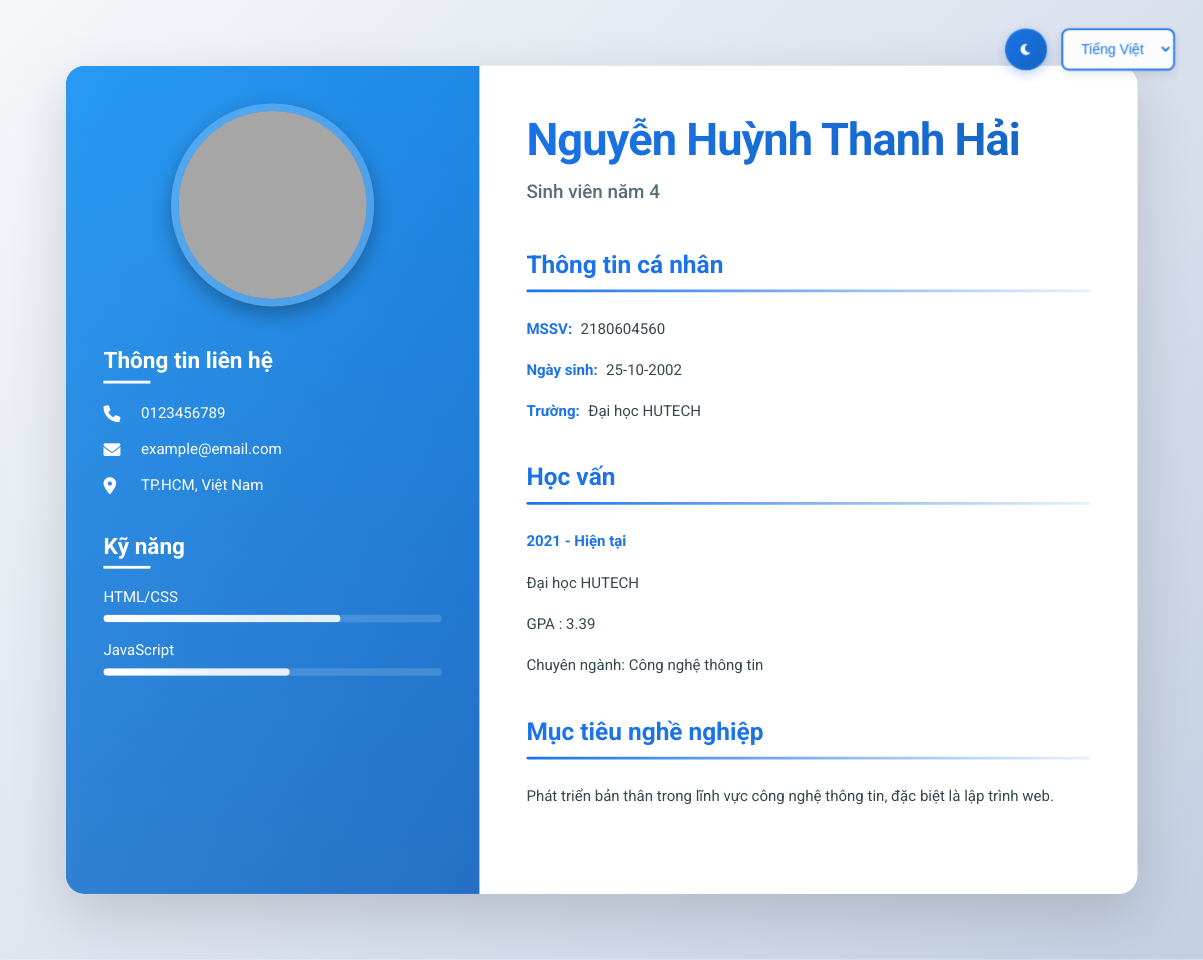
Repository: Haimichi/haimichi.github.io
Page: index.html
These files come from the project's save history. The page is drawn as it stood at one moment and after the next save; the edit follows.
The browser window is 1280 px wide. The pictures show the whole page, at 94% of full size.
Pictures or frames that could not be fetched are drawn as grey boxes.

Above is the page before, as saved 2025-03-04 10:53:19.

After the next save:
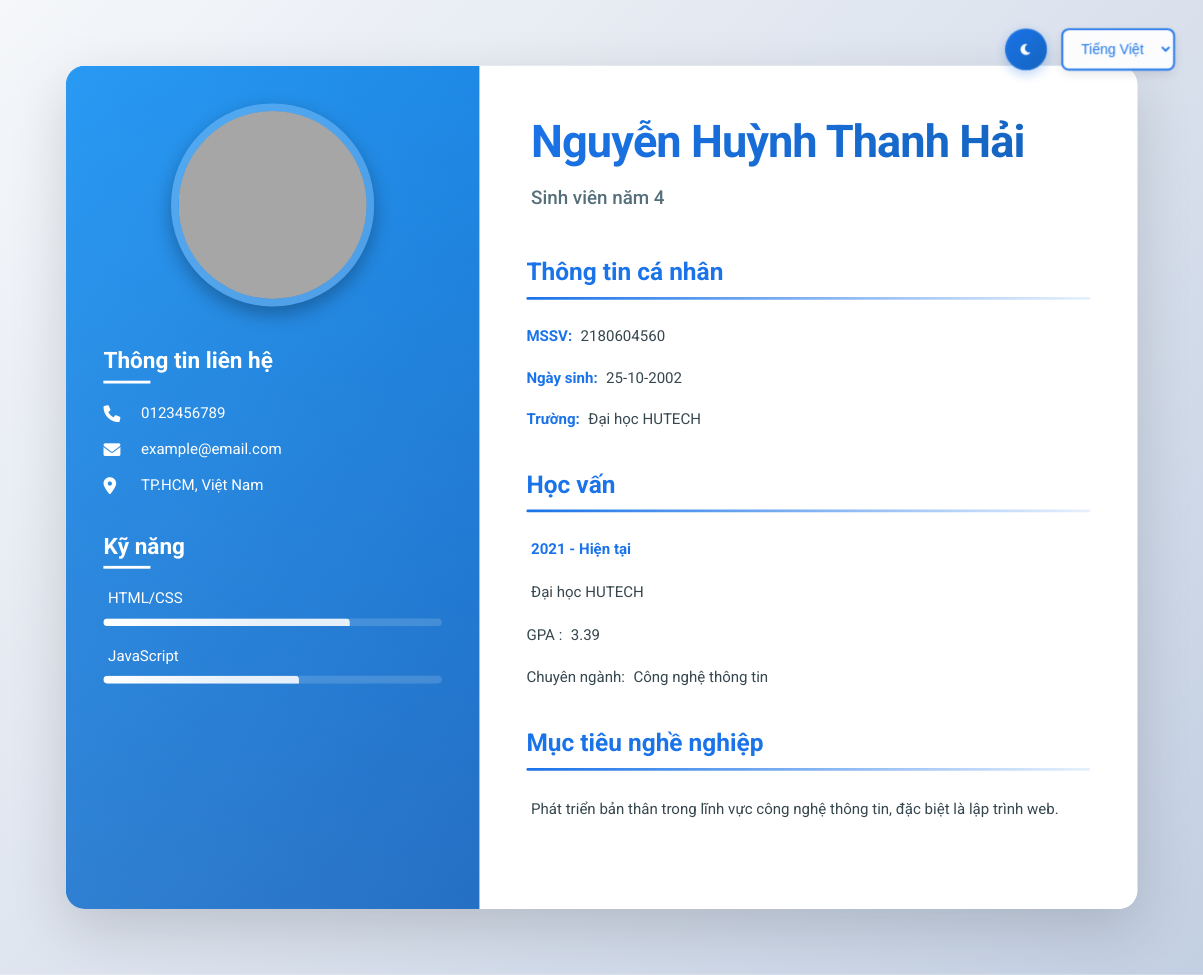
Saved 2 s later.
--- a/index.html
+++ b/index.html
@@ -66,23 +66,23 @@
                 <div class="skills">
                     <h2>Kỹ năng</h2>
                     <div class="skill-item">
-                        <span>HTML/CSS</span>
+                        <span class="editable" data-key="skill1Name">HTML/CSS</span>
                         <div class="skill-level">
-                            <div class="skill-bar" style="width: 70%"></div>
+                            <div class="skill-bar editable" data-key="skill1Level" style="width: 70%"></div>
                         </div>
                     </div>
                     <div class="skill-item">
-                        <span>JavaScript</span>
+                        <span class="editable" data-key="skill2Name">JavaScript</span>
                         <div class="skill-level">
-                            <div class="skill-bar" style="width: 55%"></div>
+                            <div class="skill-bar editable" data-key="skill2Level" style="width: 55%"></div>
                         </div>
                     </div>
                 </div>
             </div>
             <div class="right-column">
                 <div class="header">
-                    <h1>Nguyễn Huỳnh Thanh Hải</h1>
-                    <h2>Sinh viên năm 4</h2>
+                    <h1 class="editable" data-key="fullName">Nguyễn Huỳnh Thanh Hải</h1>
+                    <h2 class="editable" data-key="title">Sinh viên năm 4</h2>
                 </div>
                 <div class="section">
                     <h2>Thông tin cá nhân</h2>
@@ -92,14 +92,14 @@
                 </div>
                 <div class="section">
                     <h2>Học vấn</h2>
-                    <p><strong>2021 - Hiện tại</strong></p>
-                    <p>Đại học HUTECH</p>
-                    <p>GPA : 3.39</p>
-                    <p>Chuyên ngành: Công nghệ thông tin</p>
+                    <p><strong class="editable" data-key="educationPeriod">2021 - Hiện tại</strong></p>
+                    <p class="editable" data-key="university">Đại học HUTECH</p>
+                    <p>GPA : <span class="editable" data-key="gpa">3.39</span></p>
+                    <p>Chuyên ngành: <span class="editable" data-key="major">Công nghệ thông tin</span></p>
                 </div>
                 <div class="section">
                     <h2>Mục tiêu nghề nghiệp</h2>
-                    <p>Phát triển bản thân trong lĩnh vực công nghệ thông tin, đặc biệt là lập trình web.</p>
+                    <p class="editable" data-key="careerObjective">Phát triển bản thân trong lĩnh vực công nghệ thông tin, đặc biệt là lập trình web.</p>
                 </div>
             </div>
         </div>
@@ -117,7 +117,14 @@ const translations = {
         dob: "Date of Birth",
         university: "University",
         major: "Major",
-        present: "Present"
+        present: "Present",
+        fullName: "Full Name",
+        title: "Title",
+        educationPeriod: "Education Period",
+        gpa: "GPA",
+        careerObjective: "Career Objective",
+        skill1Name: "Skill 1",
+        skill2Name: "Skill 2"
     },
     vi: {
         title: "Thông tin liên hệ",
@@ -129,7 +136,14 @@ const translations = {
         dob: "Ngày sinh",
         university: "Trường",
         major: "Chuyên ngành",
-        present: "Hiện tại"
+        present: "Hiện tại",
+        fullName: "Họ và tên",
+        title: "Chức danh",
+        educationPeriod: "Thời gian học",
+        gpa: "GPA",
+        careerObjective: "Mục tiêu nghề nghiệp",
+        skill1Name: "Kỹ năng 1",
+        skill2Name: "Kỹ năng 2"
     }
 };
 
@@ -157,6 +171,17 @@ function updateLanguage(lang) {
     document.querySelector('.skills h2').textContent = translations[lang].skills;
     document.querySelector('.section h2').textContent = translations[lang].personalInfo;
     // Update other elements...
+    document.querySelectorAll('.editable').forEach(element => {
+        const key = element.getAttribute('data-key');
+        const savedValue = localStorage.getItem(key);
+        if (savedValue) {
+            if (element.classList.contains('skill-bar')) {
+                element.style.width = savedValue + '%';
+            } else {
+                element.textContent = savedValue;
+            }
+        }
+    });
 }
 
 document.addEventListener('DOMContentLoaded', function() {
@@ -186,6 +211,16 @@ document.addEventListener('DOMContentLoaded', function() {
 
 function makeEditable(element) {
     element.addEventListener('click', function() {
+        // Nếu là skill bar thì xử lý riêng
+        if (element.classList.contains('skill-bar')) {
+            const percentage = prompt('Nhập mức độ kỹ năng (0-100)%:', element.style.width.replace('%', ''));
+            if (percentage !== null && !isNaN(percentage) && percentage >= 0 && percentage <= 100) {
+                element.style.width = percentage + '%';
+                localStorage.setItem(element.getAttribute('data-key'), percentage);
+            }
+            return;
+        }
+
         const currentValue = this.textContent;
         const input = document.createElement('input');
         input.value = currentValue;
